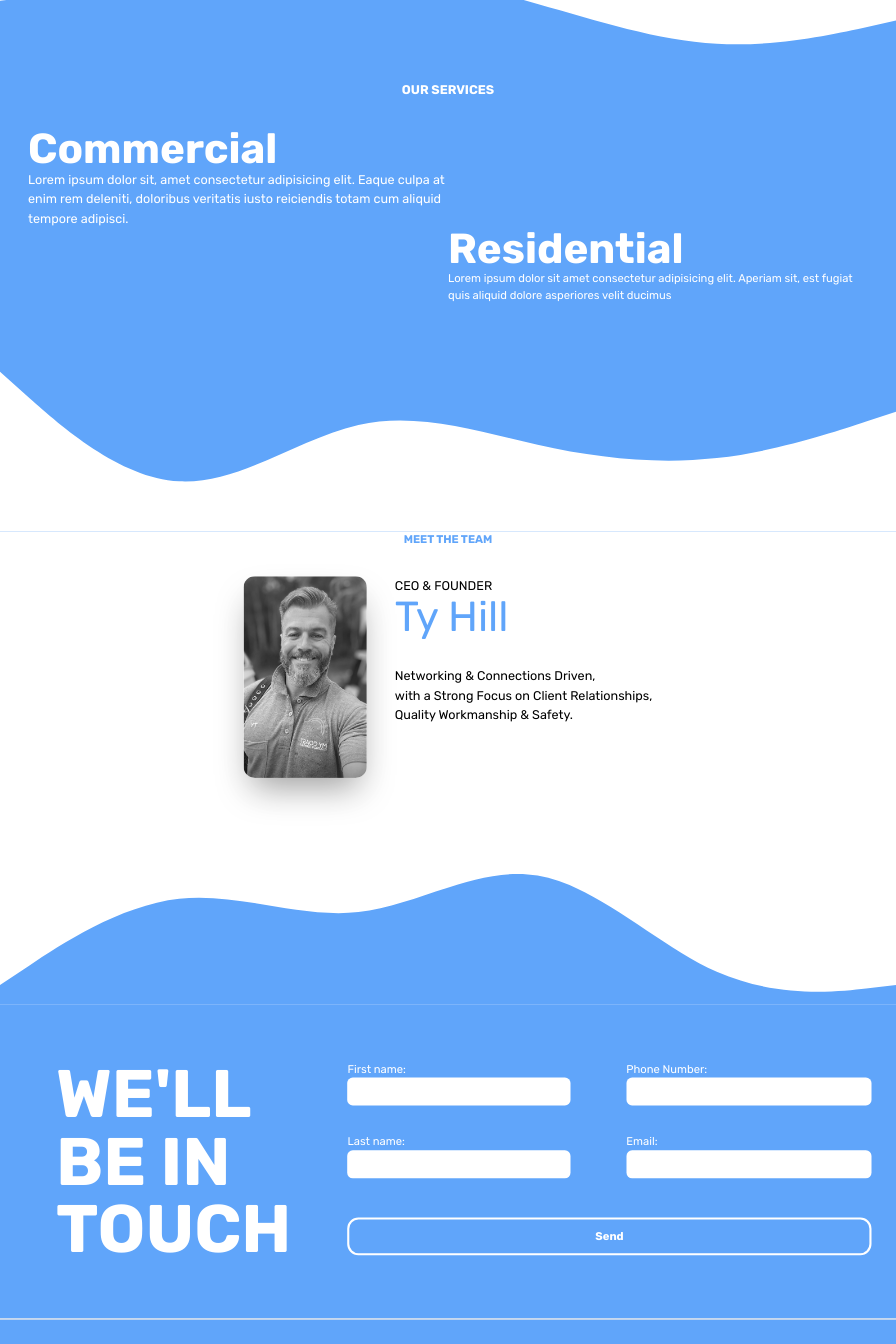
Repository: Jace-Kington/mce-website
Page: /
The author's editor kept a copy of each file at every save. The page is drawn from the files as they stood at one save, then again after the next save.
The browser window is 1280 px wide. The pictures show the part of the page from y = 545 to 2465 px (the page is 2751 px tall before and 2959 px after), at 70% of full size.
The project was rebuilt for these pictures with package versions that can differ from the ones it lists, and the page was loaded fresh each time. The framework's server and built-in components were replaced by stand-ins that run in the browser. Also part of the build but not shown: next.config.js.

Above is the page before, as saved 2022-11-12 14:13:09.

After the next save:
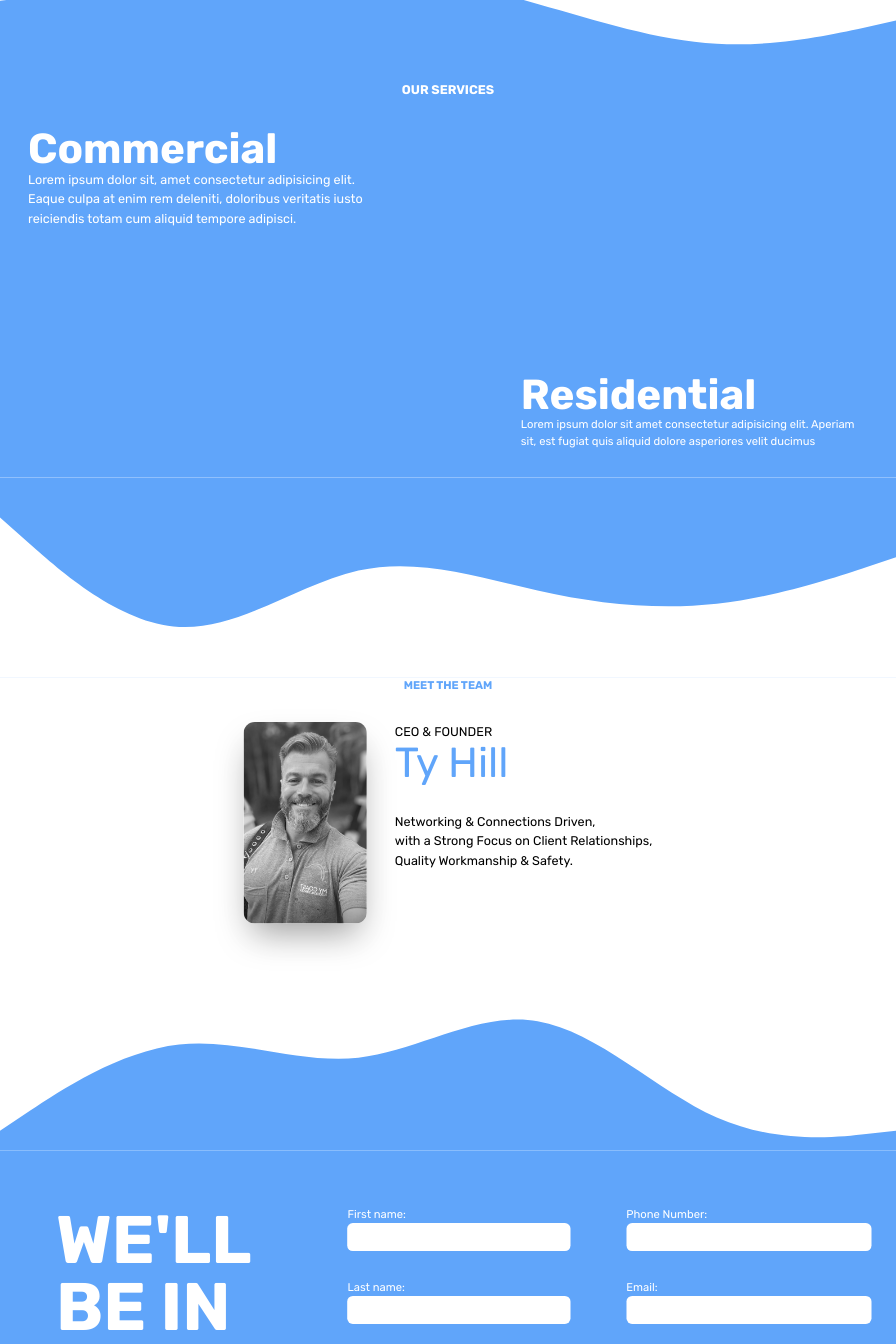
Saved 26 s later.
--- a/components/Services.tsx
+++ b/components/Services.tsx
@@ -4,7 +4,7 @@
   return (
     <div id = 'services-section' className = 'bg-blue-400'>
         <div className = 'text-white text-center font-semibold text-lg uppercase underline-offset-1'>Our Services</div>
-        <div className = 'grid grid-cols-2 m-10'>
+        <div className = 'grid grid-cols-2 m-10 gap-52'>
             <div className = ''>
                 <div className = 'text-white text-3xl sm:text-6xl font-bold'>Commercial</div>
                 <div className = 'text-white text-lg'>Lorem ipsum dolor sit, amet consectetur adipisicing elit. Eaque culpa at enim rem deleniti, doloribus veritatis iusto reiciendis totam cum aliquid tempore adipisci. </div>

After the save that followed:
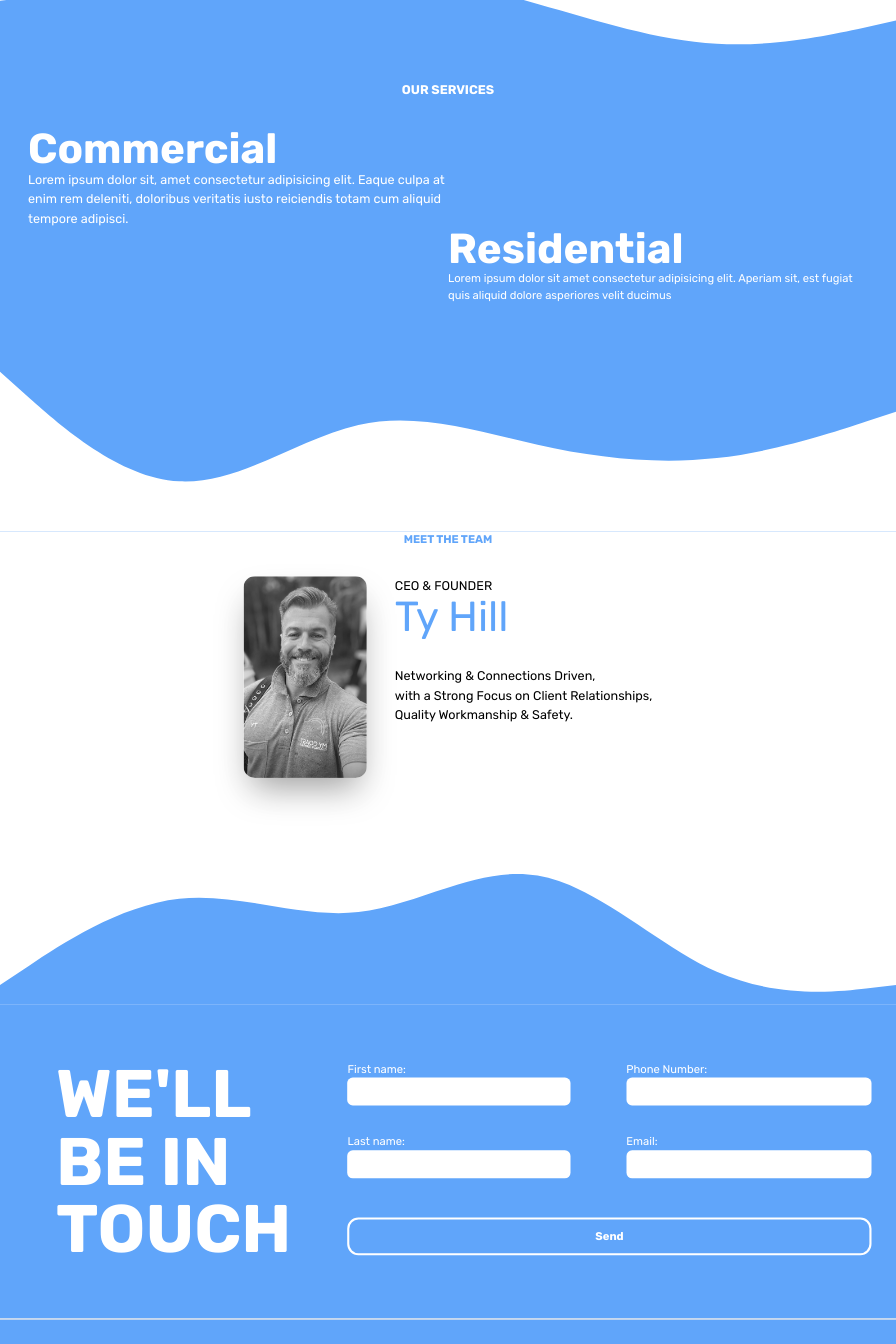
Saved 7 s later.
--- a/components/Services.tsx
+++ b/components/Services.tsx
@@ -4,7 +4,7 @@
   return (
     <div id = 'services-section' className = 'bg-blue-400'>
         <div className = 'text-white text-center font-semibold text-lg uppercase underline-offset-1'>Our Services</div>
-        <div className = 'grid grid-cols-2 m-10 gap-52'>
+        <div className = 'grid grid-cols-2 m-10'>
             <div className = ''>
                 <div className = 'text-white text-3xl sm:text-6xl font-bold'>Commercial</div>
                 <div className = 'text-white text-lg'>Lorem ipsum dolor sit, amet consectetur adipisicing elit. Eaque culpa at enim rem deleniti, doloribus veritatis iusto reiciendis totam cum aliquid tempore adipisci. </div>
